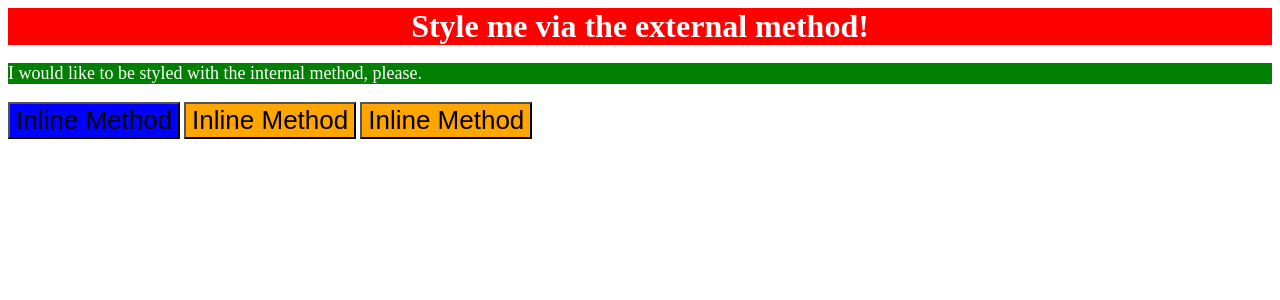
Repository: Spencertainty/practice-time
Page: css-exercises/foundations/01-css-methods/solution/solution.html
The author's editor kept a copy of each file at every save. The page is drawn from the files as they stood at one save, then again after the next save.
The browser window is 1280 px wide. The pictures show the whole page.

Above is the page before, as saved 2023-12-01 22:27:13.

After the next save:
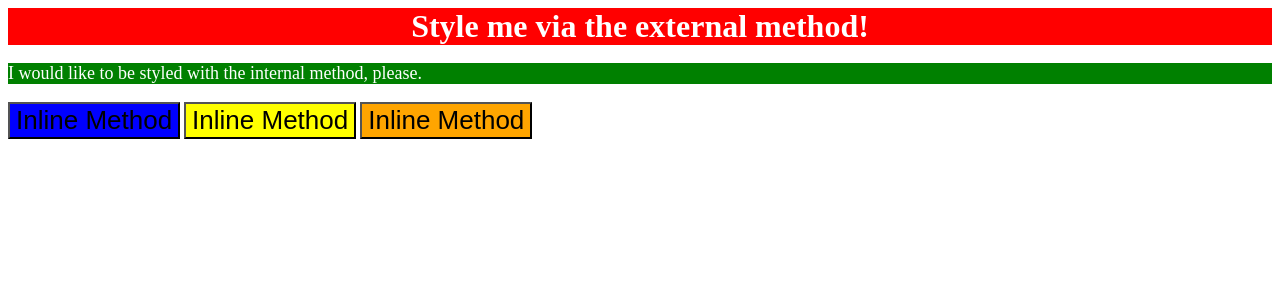
Saved 32 s later.
--- a/css-exercises/foundations/01-css-methods/solution/solution.html
+++ b/css-exercises/foundations/01-css-methods/solution/solution.html
@@ -22,7 +22,7 @@
     <div>Style me via the external method!</div>
     <p>I would like to be styled with the internal method, please.</p>
     <button style="background-color: blue;">Inline Method</button>
-    <button >Inline Method</button>
+    <button style="background-color: yellow;">Inline Method</button>
     <button >Inline Method</button>
   </body>
 </html>
